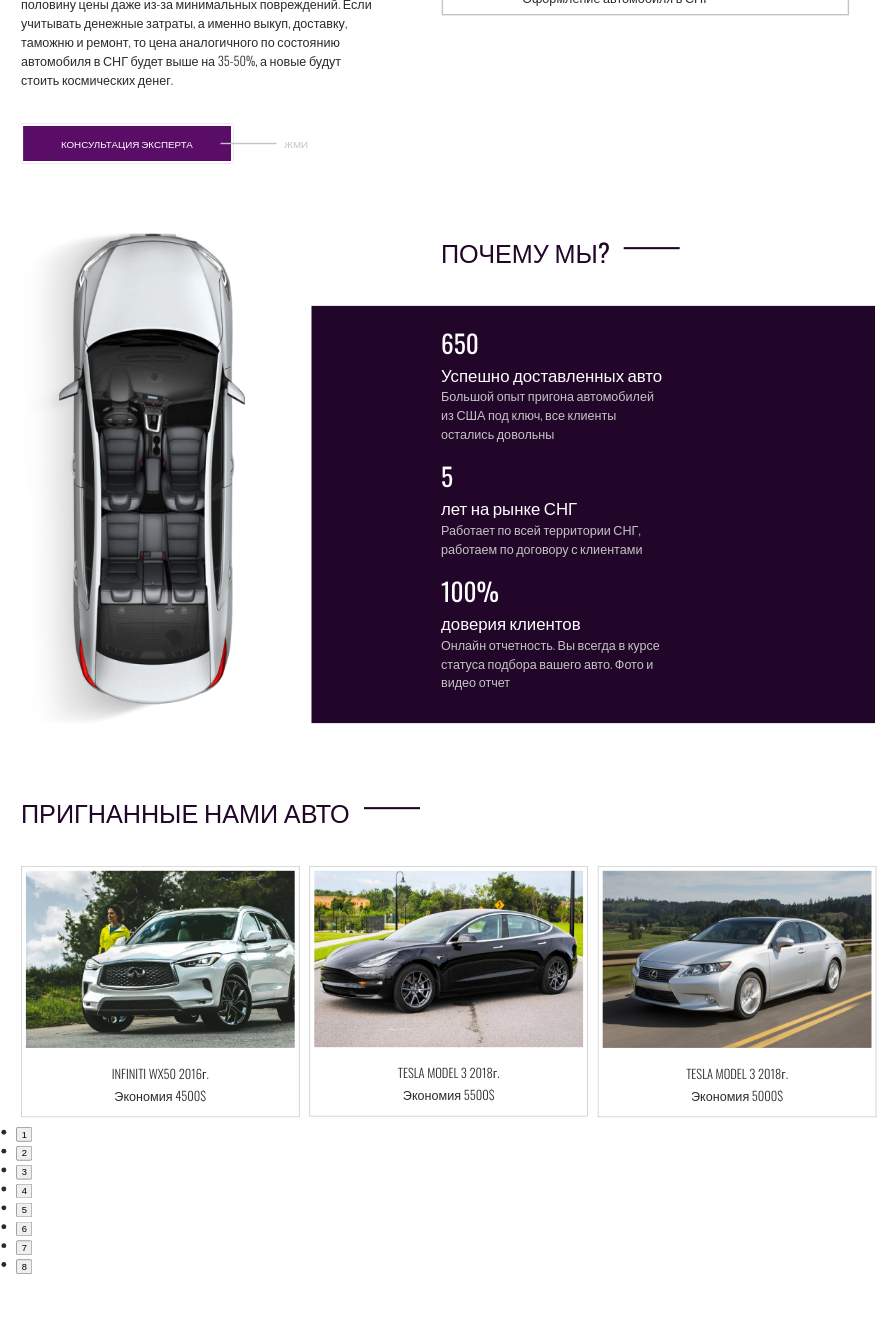
Repository: AlexandrLewandowski/site-1
Page: index.html
The author's editor kept a copy of each file at every save. The page is drawn from the files as they stood at one save, then again after the next save.
The browser window is 1280 px wide. The pictures show the part of the page from y = 1660 to 3580 px (the page is 3580 px tall before and 3391 px after), at 70% of full size.

Above is the page before, as saved 2024-05-06 18:45:01.

After the next save:
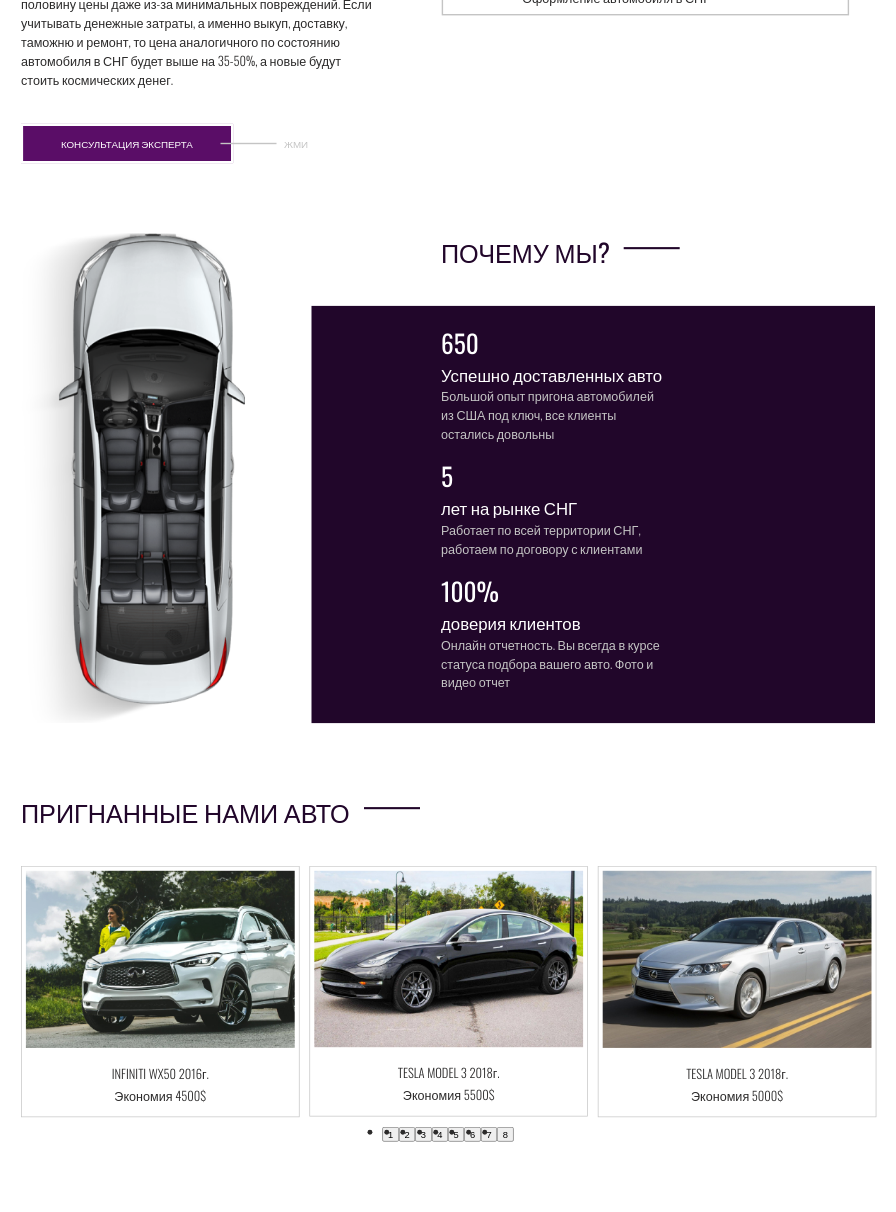
Saved 2 min 57 s later.
--- a/css/style.css
+++ b/css/style.css
@@ -307,4 +307,7 @@
     margin-bottom: 5px;
 }
 
-.carousel__item-text {}
+.carousel .slick-dots {
+    display: flex;
+    justify-content: center;
+}
